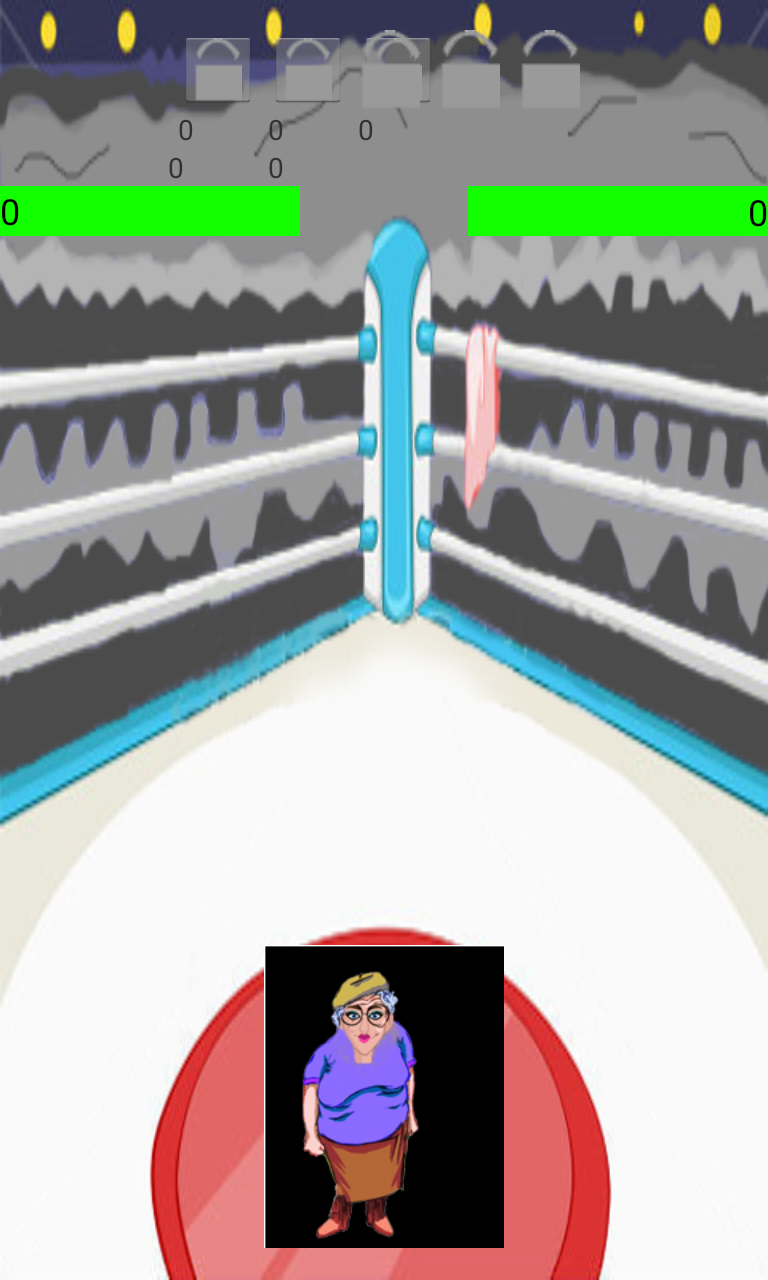
Repository: KrzysztofWolinski/WiesFight_Project
Layout: WiesFight/res/layout/activity_fight.xml
The author's editor kept a copy of each file at every save. The layout is drawn from the files as they stood at one save, then again after the next save.
It is drawn on a 768 x 1280 px phone screen (xhdpi) without system bars, with theme AppTheme; the app's code is not run. The app's manifest (not shown) leaves right-to-left support off. So textAlignment, textDirection and layoutDirection are ignored, and left and right values win over start and end ones.

Above is the layout before, as saved 2015-01-11 21:28:41.

After the next save:
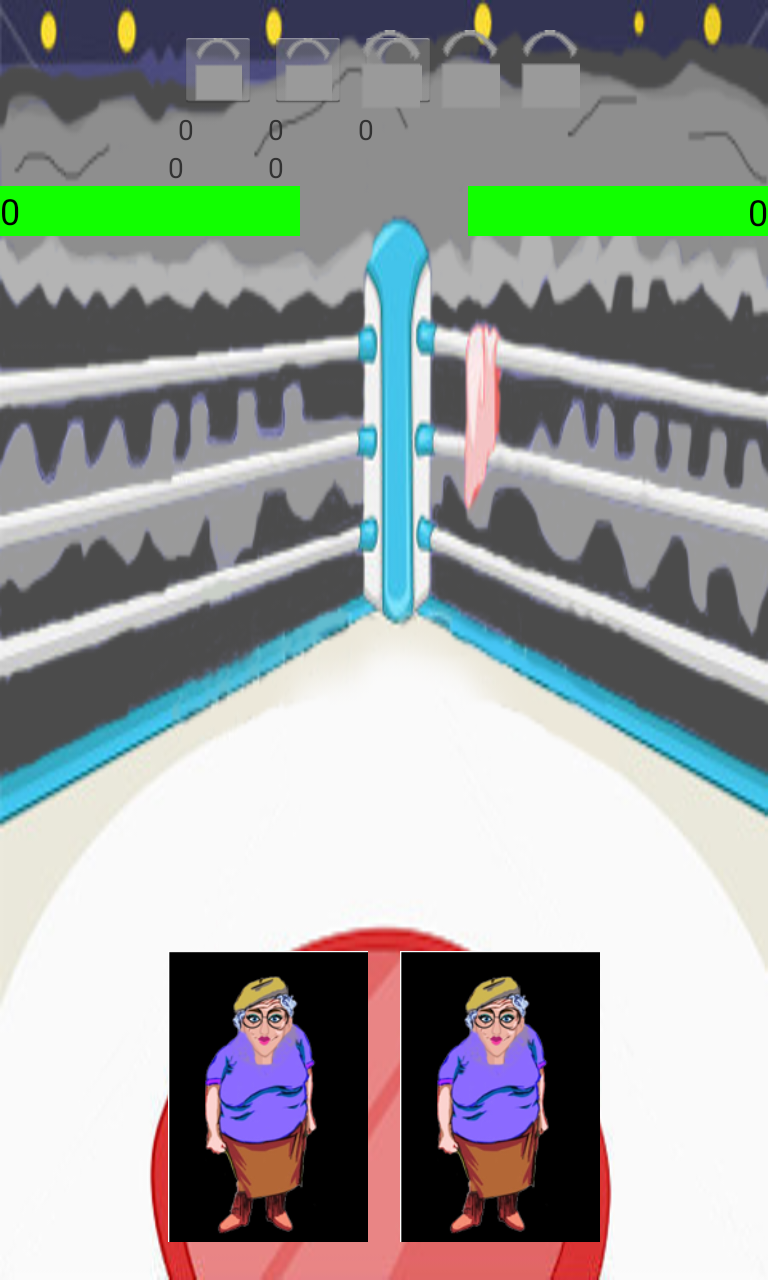
Saved 2 min 49 s later.
--- a/WiesFight/res/layout/activity_fight.xml
+++ b/WiesFight/res/layout/activity_fight.xml
@@ -26,7 +26,7 @@
 
     <ImageView
         android:id="@+id/opponentCharacter"
-        android:layout_width="200dp"
+        android:layout_width="100dp"
         android:layout_height="wrap_content"
         android:layout_alignTop="@+id/userCharacter"
         android:layout_toLeftOf="@+id/imgAvatarOpponent"
@@ -35,7 +35,7 @@
 
     <ImageView
         android:id="@+id/userCharacter"
-        android:layout_width="200dp"
+        android:layout_width="100dp"
         android:layout_height="wrap_content"
         android:layout_alignParentBottom="true"
         android:layout_marginBottom="16dp"
